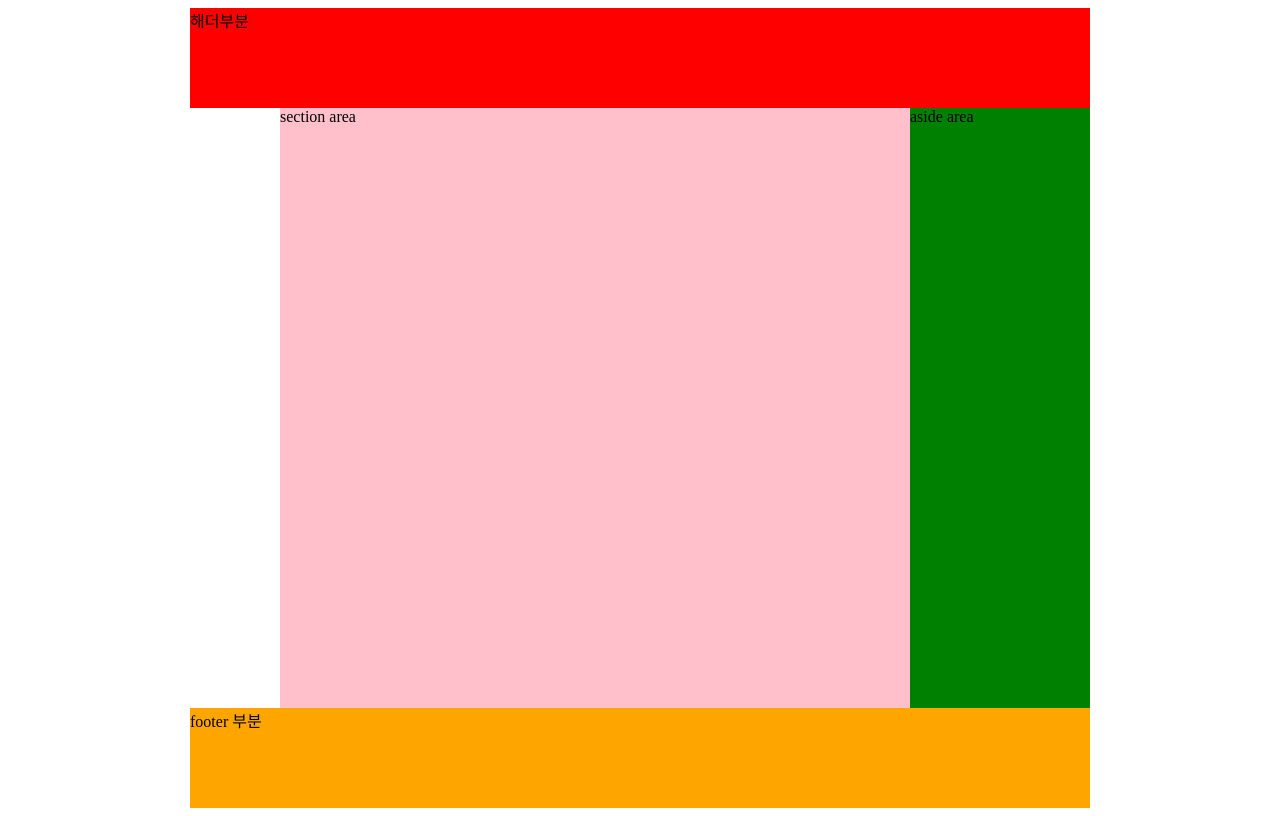
Repository: Jooheehan-kopo/web-workspace
Page: Lecture-web/WebContent/css/layout.html
These files come from the project's save history. The page is drawn as it stood at one moment and after the next save; the edit follows.
The browser window is 1280 px wide. The pictures show the whole page.

Above is the page before, as saved 2021-06-11 08:35:58.

After the next save:
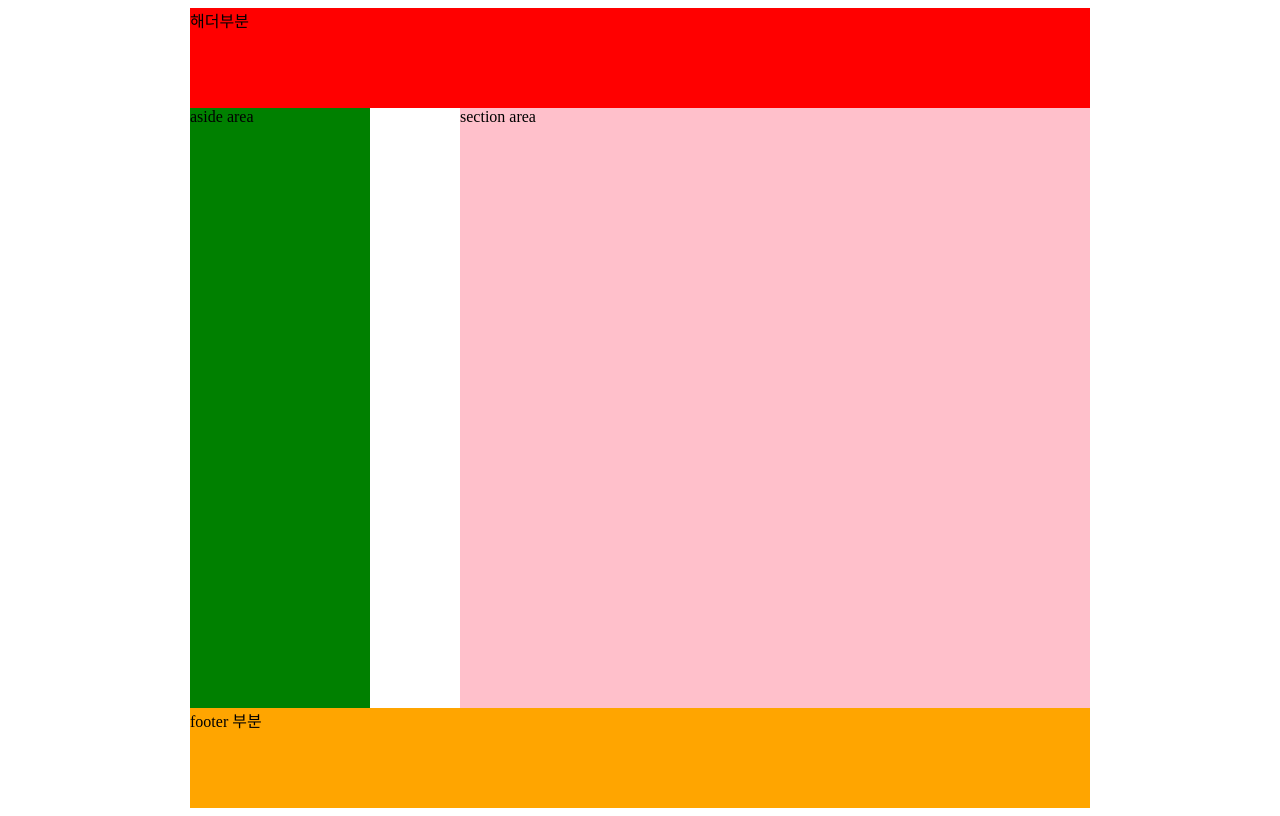
Saved 29 s later.
--- a/Lecture-web/WebContent/css/layout.html
+++ b/Lecture-web/WebContent/css/layout.html
@@ -24,12 +24,7 @@ height:600px;
 width:20%;
 float:left;
 }
-aside{
-background-color: green;
-height:600px;
-width:20%;
-float:right;
-}
+
 section{
 background-color: pink;
 height:600px;
